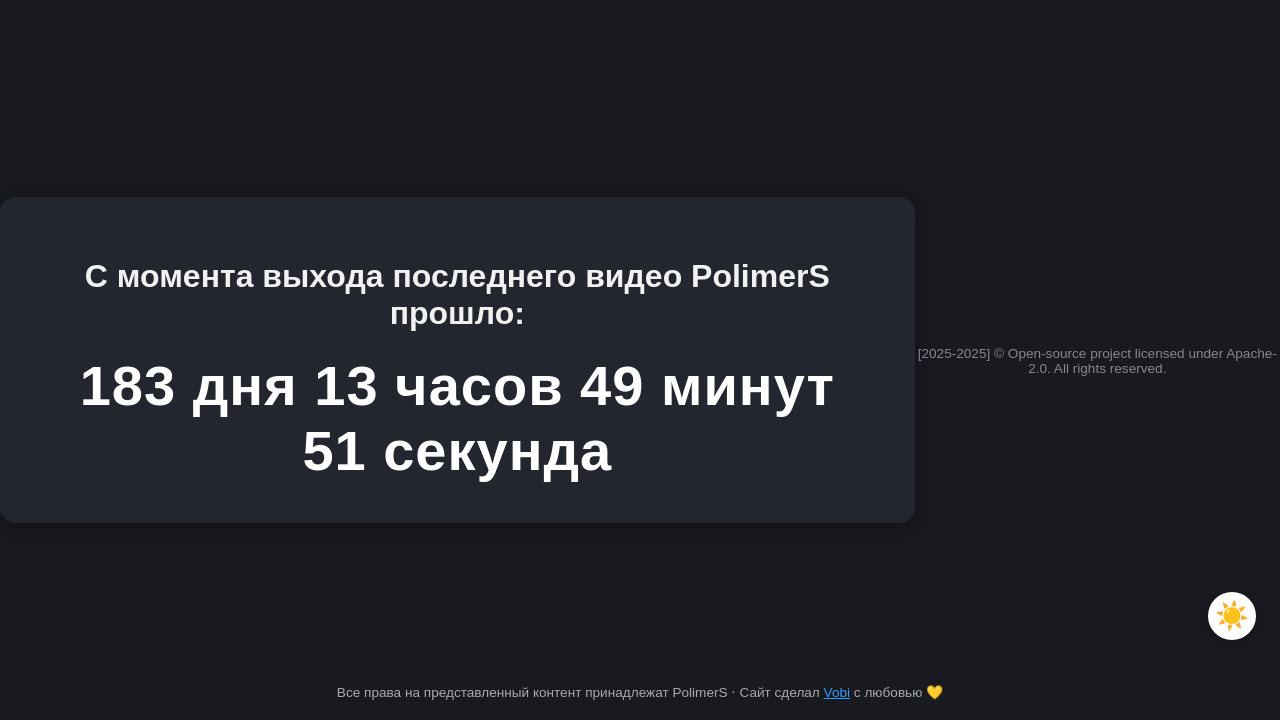
Repository: oncube-dev/OnCube-dev_website
Page: files_for_hosting/clear_html.version/index.html
An editor plug-in stored every save of this project. The page is shown before and after the next save, followed by the edit.
The browser window is 1280 px wide. The pictures show the whole page.

Above is the page before, as saved 2025-07-18 12:11:08.

After the next save:
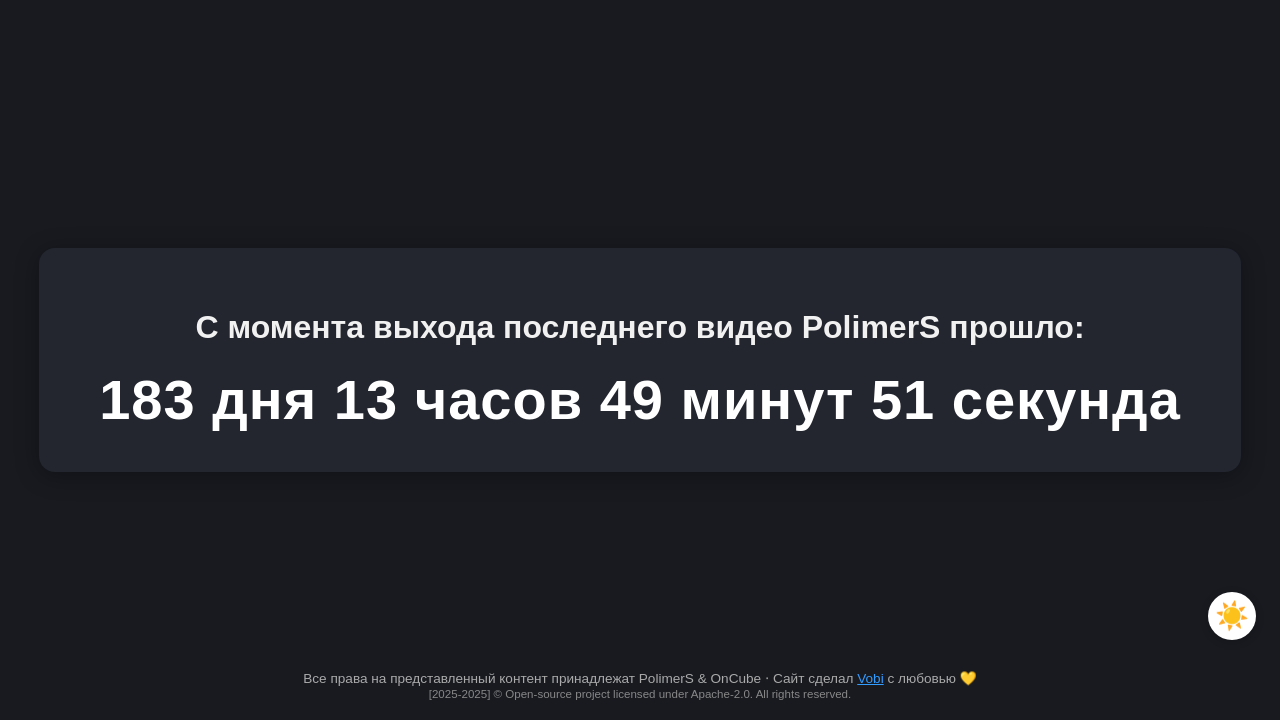
Saved 3 min 43 s later.
--- a/files_for_hosting/clear_html.version/index.html
+++ b/files_for_hosting/clear_html.version/index.html
@@ -15,11 +15,11 @@
     </div>
     <button id="theme-toggle" class="theme-toggle-btn" title="Переключить тему">🌙</button>
     <footer class="footer-note">
-        Все права на представленный контент принадлежат PolimerS ⋅ Сайт сделал <a href="https://vobi.bio.link/" target="_blank" style="text-decoration:underline;">Vobi</a> с любовью 💛
+        Все права на представленный контент принадлежат PolimerS &amp; OnCube ⋅ Сайт сделал <a href="https://vobi.bio.link/" target="_blank" style="text-decoration:underline;">Vobi</a> с любовью 💛
+        <div style="font-size:0.85em; color:#888; margin-top:2px;">
+            [2025-2025] © Open-source project licensed under Apache-2.0. All rights reserved.
+        </div>
     </footer>
-    <div style="text-align:center; font-size:0.85em; color:#888; margin-top:2px;">
-        [2025-2025] © Open-source project licensed under Apache-2.0. All rights reserved.
-    </div>
     <script>
         const startDate = new Date('2025-01-15T11:00:00');
         function updateTimer() {
